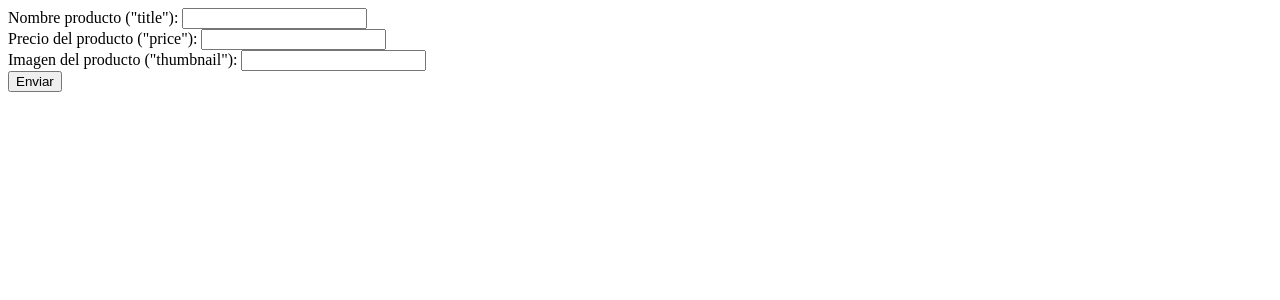
Repository: gadiazsaavedra/CoderHouseDesafio4
Page: public/index.html
An editor plug-in stored every save of this project. The page is shown before and after the next save, followed by the edit.
The browser window is 1280 px wide. The pictures show the whole page.

Above is the page before, as saved 2022-06-19 15:14:31.

After the next save:
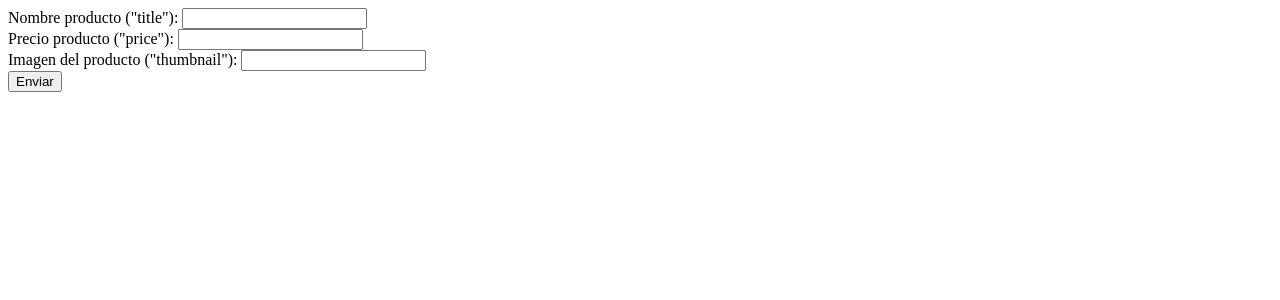
Saved 5 s later.
--- a/public/index.html
+++ b/public/index.html
@@ -13,7 +13,7 @@
             <input id="title" type="text" name="title"/>
         </div>
         <div>
-            <label for="price">Precio del producto ("price"):</label>
+            <label for="price">Precio  producto ("price"):</label>
             <input type="number" name="price"/>
         </div>
         <div>
